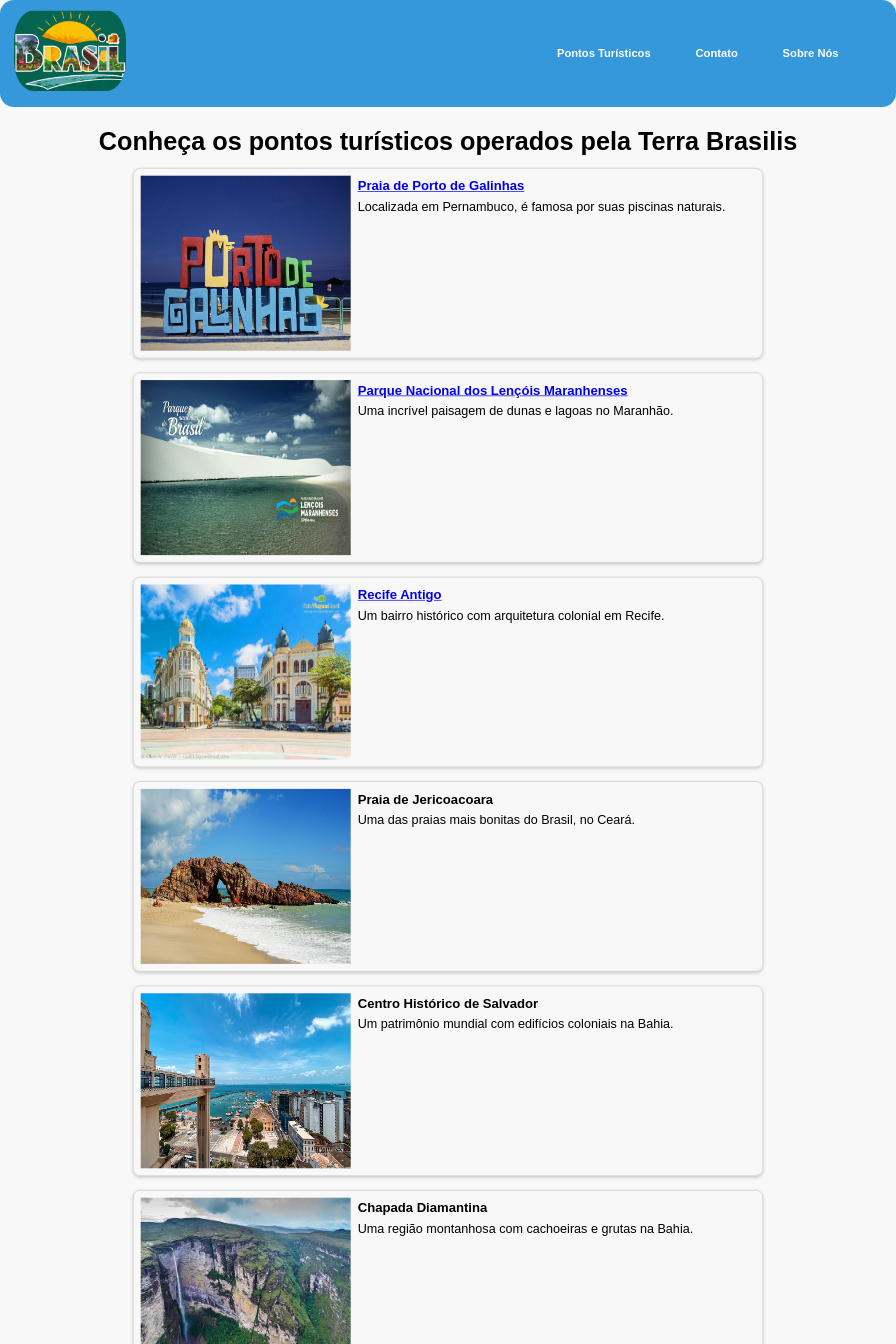
Repository: rodrigototy/ETE-PE
Page: tourism-agency/pages/pontos_turisticos.html
An editor plug-in stored every save of this project. The page is shown before and after a run of saves, followed by the edit.
The browser window is 1280 px wide. The pictures show the part of the page from y = 0 to 1920 px (the page is 3328 px tall before and 3251 px after), at 70% of full size.

Above is the page before, as saved 2024-04-04 23:02:54.

### tourism-agency/pages/pontos_turisticos.html
<!DOCTYPE html>
<html lang="pt-BR">
  <head>
    <meta charset="UTF-8" />
    <meta name="viewport" content="width=device-width, initial-scale=1.0" />
    <link
      rel="shortcut icon"
      href="../static/img/favicon.ico"
      type="image/x-icon"
    />
    <link rel="stylesheet" href="../static/css/style-pontos.css" />
    <title>Pontos Turísticos no Nordeste</title>
    <script src="../static/js/submain.js" defer></script>
  </head>
  <body>
    <div id="header"></div>
    <main>
      <div class="subtitle">
        <h1>Conheça os pontos turísticos operados pela Terra Brasilis</h1>
      </div>
      <div class="cards">
        <div class="card">
          <img
            src="../static/img/porto-de-galinhas.jpg"
            alt="Praia de Porto de Galinhas"
          />
          <div class="texto">
            <h3>
              <a href="porto-galinhas.html">Praia de Porto de Galinhas</a>
            </h3>
            <p>
              Localizada em Pernambuco, é famosa por suas piscinas naturais.
            </p>
          </div>
        </div>

        <div class="card">
          <img
            src="../static/img/parque_lencois.jpg"
            alt="Parque Nacional dos Lençóis Maranhenses"
          />
          <div class="texto">
            <h3>
              <a href="lencois-maranhenses.html"
                >Parque Nacional dos Lençóis Maranhenses</a
              >
            </h3>
            <p>Uma incrível paisagem de dunas e lagoas no Maranhão.</p>
          </div>
        </div>

        <div class="card">
          <img src="../static/img/recife-antigo.jpg" alt="Recife Antigo" />
          <div class="texto">
            <h3><a href="marco-zero.html">Recife Antigo</a></h3>
            <p>Um bairro histórico com arquitetura colonial em Recife.</p>
          </div>
        </div>

        <div class="card">
          <img
            src="../static/img/praia-jericoacoara.jpeg"
            alt="Praia de Jericoacoara"
          />
          <div class="texto">
            <h3>Praia de Jericoacoara</h3>
            <p>Uma das praias mais bonitas do Brasil, no Ceará.</p>
          </div>
        </div>

        <div class="card">
          <img
            src="../static/img/centro-salvador.jpg"
            alt="Centro Histórico de Salvador"
          />
          <div class="texto">
            <h3>Centro Histórico de Salvador</h3>
            <p>Um patrimônio mundial com edifícios coloniais na Bahia.</p>
          </div>
        </div>

        <div class="card">
          <img
            src="../static/img/chapada-diamantina.jpg"
            alt="Chapada Diamantina"
          />
          <div class="texto">
            <h3>Chapada Diamantina</h3>
            <p>Uma região montanhosa com cachoeiras e grutas na Bahia.</p>
          </div>
        </div>

        <div class="card">
          <img
            src="../static/img/fernando-de-noronha.jpg"
            alt="Fernando de Noronha"
          />
          <div class="texto">
            <h3>Fernando de Noronha</h3>
            <p>Um paraíso de praias e vida marinha em Pernambuco.</p>
          </div>
        </div>

        <div class="card">
          <img src="../static/img/praia-de-pipa.jpg" alt="Praia de Pipa" />
          <div class="texto">
            <h3>Praia de Pipa</h3>
            <p>Uma praia encantadora no Rio Grande do Norte.</p>
          </div>
        </div>

        <div class="card">
          <img
            src="../static/img/delta-do-parnaíba.jpg"
            alt="Delta do Parnaíba"
          />
          <div class="texto">
            <h3>Delta do Parnaíba</h3>
            <p>Um delta de rios e manguezais no Piauí.</p>
          </div>
        </div>

        <div class="card">
          <img src="../static/img/porto-seguro.jpg" alt="Porto Seguro" />
          <div class="texto">
            <h3>Porto Seguro</h3>
            <p>Um destino histórico e de praias na Bahia.</p>
          </div>
        </div>
      </div>
    </main>
    <div id="footer"></div>
  </body>
</html>

### tourism-agency/static/css/style-pontos.css
/* Reset de estilos padrão */
@import url('modules/module-reset.css');

/* Estilos globais */
@import url('modules/module-global.css');

/* Estilizar o header */
@import url('modules/module-header.css');

/* Estilizar o footer */
@import url('modules/module-footer.css');

/* Estilizar o h1 do main */
@import url('modules/module-main.css');

/* Estilizar os page cards */
@import url('modules/module-page-cards.css');

### tourism-agency/static/js/submain.js
document.addEventListener("DOMContentLoaded", function () {
  const header = document.getElementById("header");
  const footer = document.getElementById("footer");

  // Carrega o header
  fetch("../static/templates/submain/header.html")
    .then((response) => response.text())
    .then((data) => {
      header.innerHTML = data;
    });

  // Carrega o footer
  fetch("../static/templates/submain/footer.html")
    .then((response) => response.text())
    .then((data) => {
      footer.innerHTML = data;
    });
});

### tourism-agency/static/css/modules/module-reset.css
/* Reset de estilos padrão */
* {
    margin: 0;
    padding: 0;
    box-sizing: border-box;
  }

### tourism-agency/static/css/modules/module-global.css
/* Estilos globais */
body {
    font-family: Arial, sans-serif;
    background-color: #f8f8f8;
    line-height: 1.6;
    margin: 0;
  }

  .container {
    max-width: 1200px;
    margin: 0 auto;
    padding: 20px;
    border-radius: 20px;
  }

### tourism-agency/static/css/modules/module-header.css
/* Estilizar o header */
header {
  background-color: #3498db;
  color: #fff;
  padding: 10px 0;
  border-radius: 20px;
  display: flex;
  justify-content: space-between;
  align-items: center;
  max-width: 1400px;
}

header img {
  max-width: 100%;
  height: auto;
  padding: 5px 20px;
  border-radius: 3rem;
}

nav {
  padding: 10px 50px;
}

nav ul {
  list-style: none;
  display: flex;
  display: flex;
  justify-self: center;
  margin: 0;
}

nav ul li {
  margin-left: 20px;
  text-align: center;
  margin: 2rem;
}

nav ul li a {
  text-decoration: none;
  color: #fff;
  font-weight: bold;
}

### tourism-agency/static/css/modules/module-footer.css
/* Estilizar o footer */
footer {
  background-color: #333;
  color: #fff;
  text-align: center;
  padding: 10px;
  display: flex;
  flex-direction: column;
  border-radius: 20px;
  max-width: 1400px;
}

footer img {
  padding: 5px 20px;
  border-radius: 3rem;
}

footer p {
  margin: 0px;
}

footer a {
  text-decoration: none;
  color: #fff;
  font-weight: bold;
}

footer ul {
  list-style: none;
  display: flex;
  justify-content: flex-end;
}

footer li {
  margin-left: 10px;
}

.about {
  display: flex;
  align-items: center;
}

.about img {
  border-radius: 2rem;
}

### tourism-agency/static/css/modules/module-main.css
/* Estilizar o h1 do main */
main h1 {
    font-size: 36px;
    margin: 20px 0 0 0;
    text-align: center;
  }

### tourism-agency/static/css/modules/module-page-cards.css
/* Estilos do texto principal */
p {
  font-size: 18px;
  margin-bottom: 20px;
}

/* Estilos dos subtítulos (h2) */
h2 {
  font-size: 28px;
  margin-top: 20px;
  margin-bottom: 10px;
}

/* Estilos da lista de pontos turísticos */
ul {
  list-style-type: disc;
  margin-left: 20px;
  margin-bottom: 20px;
}

li {
  margin-bottom: 10px;
}
.cards {
  display: flex;
  flex-direction: column;
  align-items: center;
}

.card {
  display: flex;
  border: 1px solid #ccc;
  padding: 10px;
  margin: 10px;
  box-shadow: 0 2px 5px rgba(0, 0, 0, 0.2);
  border-radius: 10px;
  width: 900px;
}

.card img {
  width: 300px;
  height: 250px;
}

.texto {
  display: flex;
  flex-direction: column;
  align-content: flex-start;
  padding-left: 10px;
}

### tourism-agency/static/templates/submain/header.html
<header>
  <a href="../index.html">
    <img
      src="../static/img/logo-agency.png"
      alt="Logotipo Terra Brasilis"
      width="200"
    />
  </a>
  <nav>
    <ul>
      <li><a href="pontos_turisticos.html">Pontos Turísticos</a></li>
      <li><a href="contato.html">Contato</a></li>
      <li><a href="about.html">Sobre Nós</a></li>
    </ul>
  </nav>
</header>

### tourism-agency/static/templates/submain/footer.html
<footer>
  <div class="about">
    <img
      src="../static/img/logo-agency.png"
      alt="Logotipo Terra Brasilis"
      height="120"
    />
    <div>
      <h2>Sobre nós</h2>
      <p>
        Terra Brasilis é um site que ajuda você a planejar sua viagem dentro do
        Brasil, desde a compra das passagens, até a visita aos pontos turísticos
        mais importantes de cada região!
      </p>
      <a
        class="repository"
        href="https://github.com/rodrigototy/ETE-PE/tree/main/tourism-agency"
        >Veja o repositório da página no GitHub</a
      >
    </div>
    <div class="redes">
      <p>Siga-nos nas redes sociais</p>
      <ul>
        <li><a href="https://facebook.com">Facebook</a></li>
        <li><a href="https://instagram.com">Instagram</a></li>
        <li><a href="https://linkedin.com">Linkedin</a></li>
      </ul>
    </div>
  </div>
</footer>

After the next 4 saves:
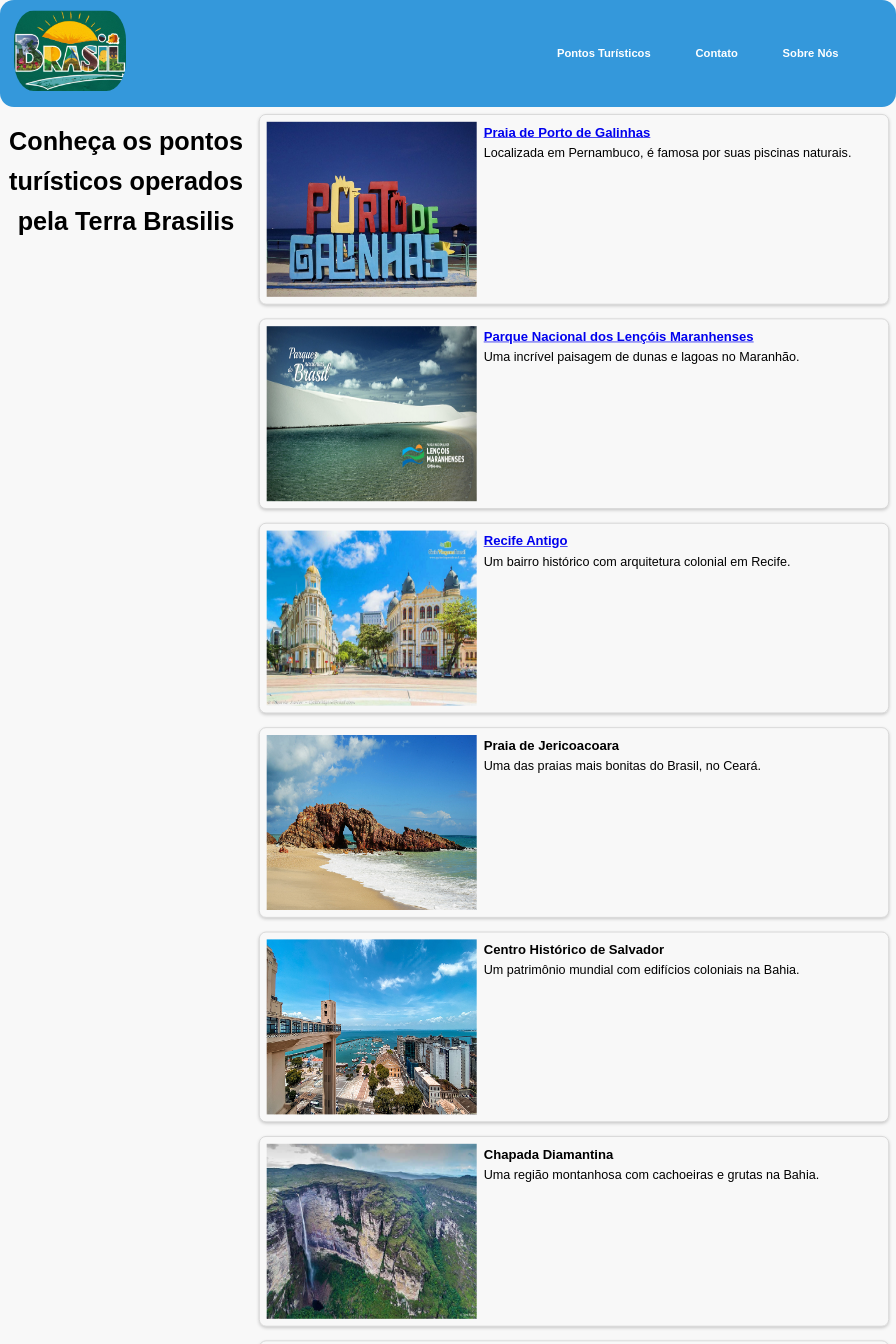
The 4 saves are shown as one change because they came seconds apart.
The last was saved 33 s later.
--- a/tourism-agency/static/css/modules/module-main.css
+++ b/tourism-agency/static/css/modules/module-main.css
@@ -4,3 +4,7 @@ main h1 {
     margin: 20px 0 0 0;
     text-align: center;
   }
+
+  main {
+    display: flex;
+  }

After the 2 saves that followed:
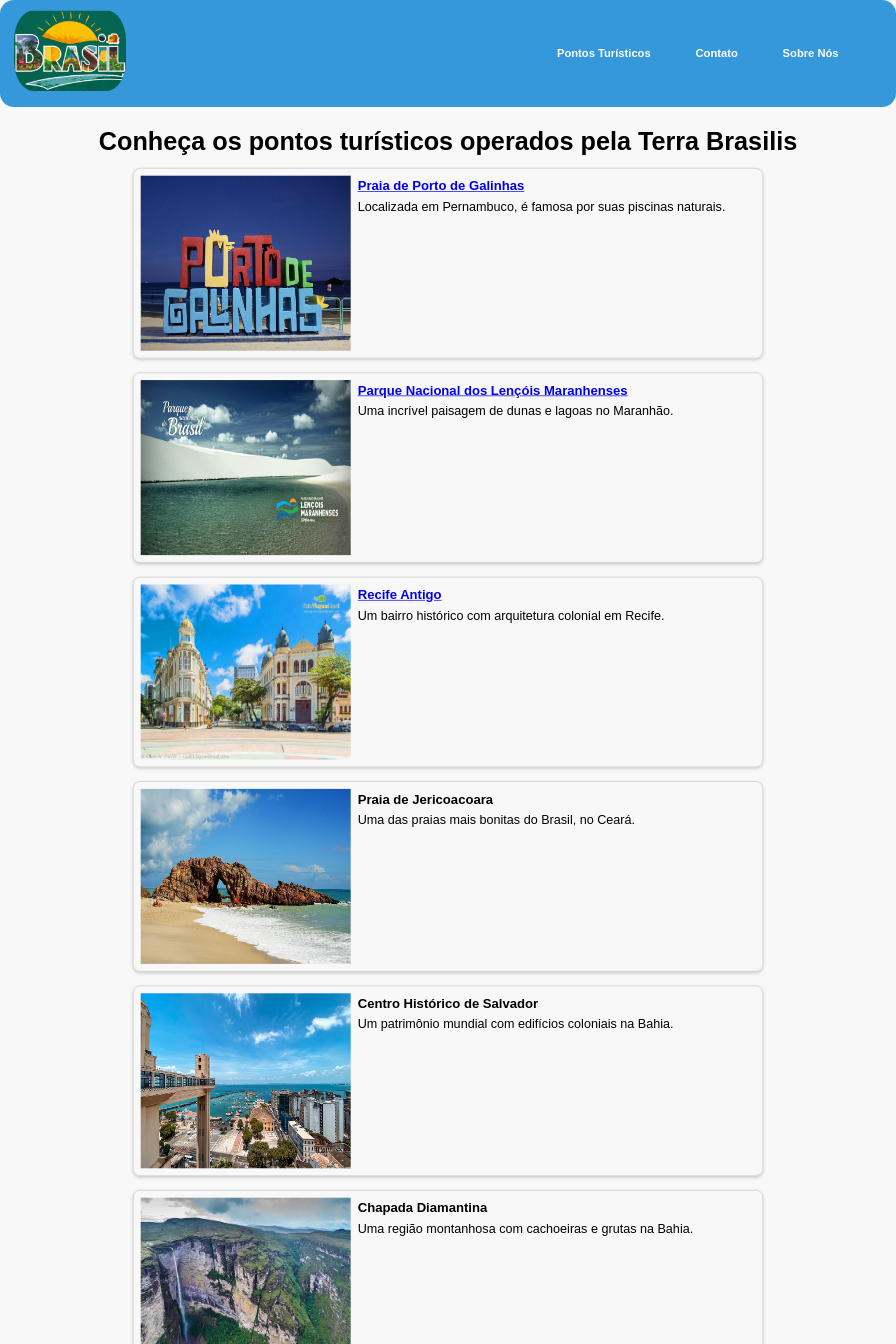
The 2 saves are shown as one change because they came seconds apart.
The last was saved 8 s later.
--- a/tourism-agency/static/css/modules/module-main.css
+++ b/tourism-agency/static/css/modules/module-main.css
@@ -7,4 +7,5 @@ main h1 {
 
   main {
     display: flex;
+    flex-direction: column;
   }
